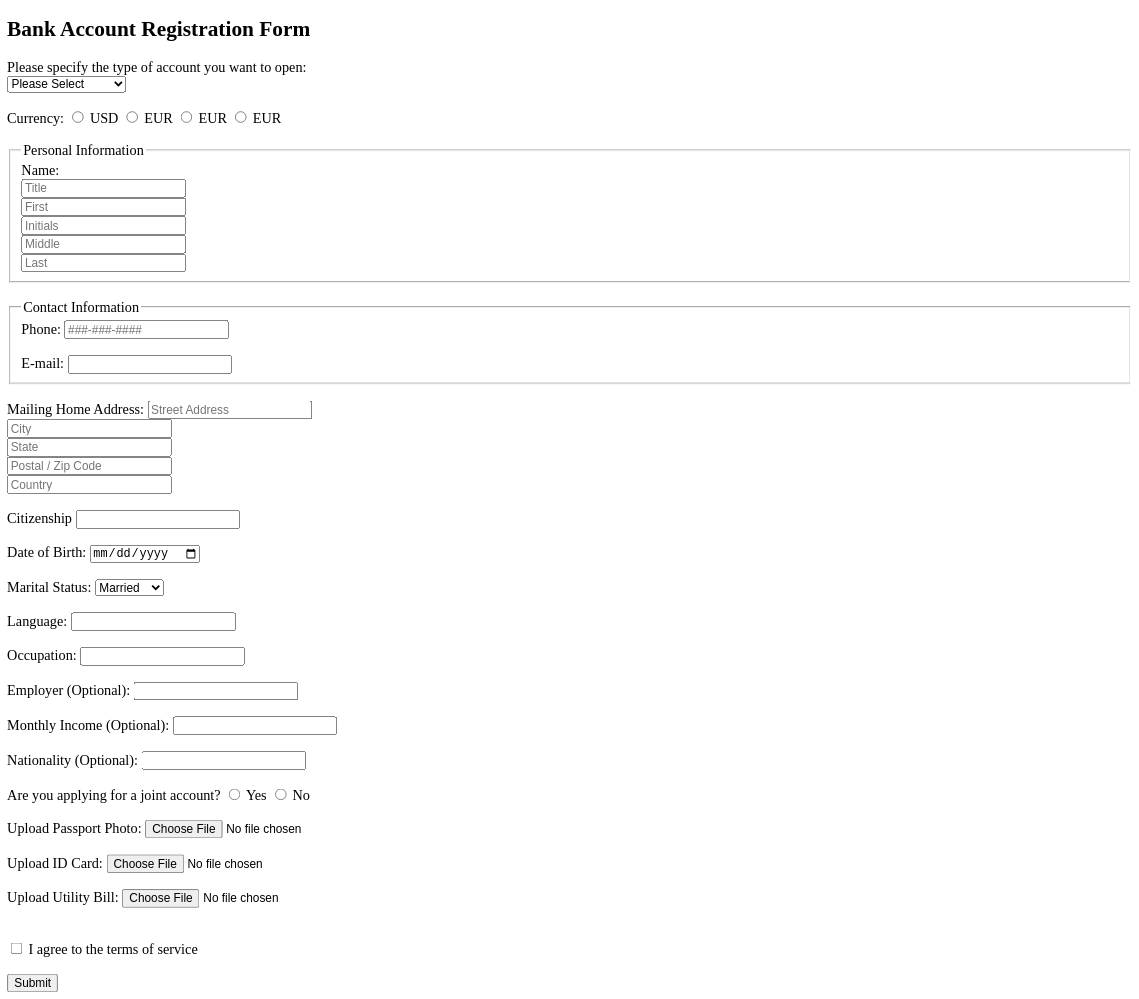
Repository: hizeetech/First-Assignment
Page: sign_up.html
These files come from the project's save history. The page is drawn as it stood at one moment and after a run of saves; the edit follows.
The browser window is 1280 px wide. The pictures show the whole page, at 89% of full size.

Above is the page before, as saved 2024-11-09 03:05:33.

### sign_up.html
<!-- sign_up.html -->
<!DOCTYPE html>
<html lang="en">
<head>
    <meta charset="UTF-8">
    <meta name="viewport" content="width=device-width, initial-scale=1.0">
    <title>Bank Account Registration Form</title>

</head>
<body>

<div>
    <h2>Bank Account Registration Form</h2>
    <form action="#" method="post">

        <div>
            <label for="account-type">Please specify the type of account you want to open:</label><br>
            <select id="account-type" name="account_type" required>
                <option value="">Please Select</option>
                <option value="savings">Savings Account</option>
                <option value="current">Current Account</option>
                <option value="corporate">Corporate Account</option>
            </select>
        </div>
        <br>
        <div>
            <label>Currency:</label>
            <label><input type="radio" name="currency" value="NGN" required> USD</label>
            <label><input type="radio" name="currency" value="USD"> EUR</label>
            <label><input type="radio" name="currency" value="EUR"> EUR</label>
            <label><input type="radio" name="currency" value="POUNDS"> EUR</label>
        </div>
        <br>
        <div>
            <fieldset>
                <legend>Personal Information</legend>
            <label for="title">Name:</label>
            <div class="inline"><input type="text" id="title" name="title" placeholder="Title"></div>
            <div class="inline"><input type="text" name="first_name" placeholder="First" required></div>
            <div class="inline"><input type="text" name="initials" placeholder="Initials"></div>
            <div class="inline"><input type="text" name="middle_name" placeholder="Middle"></div>
            <input type="text" name="last_name" placeholder="Last" required>
            </fieldset>
        </div>
        <br>
        <div>
            <fieldset>
                <legend>Contact Information</legend>
            <label for="phone">Phone:</label>
            <input type="tel" id="phone" name="phone" placeholder="###-###-####" required>
        <br><br>
            <label for="email">E-mail:</label>
            <input type="email" id="email" name="email" required>
        </fieldset>
        </div>
        <br>
        <div>
            <label for="address">Mailing Home Address:</label>
            <input type="text" id="address" name="address" placeholder="Street Address" required>
            <div class="inline"><input type="text" name="city" placeholder="City" required></div>
            <div class="inline"><input type="text" name="state" placeholder="State" required></div>
            <div class="inline"><input type="text" name="postal_code" placeholder="Postal / Zip Code" required></div>
            <input type="text" name="country" placeholder="Country" required>
        </div>
        <br>
        <div>
            <label for="citizenship">Citizenship</label>
            <input type="citizenship" id="citizenship" name="citizenship" required>
        </div>
        <br>
        <div>
            <label for="dob">Date of Birth:</label>
            <input type="date" id="dob" name="dob" required>
        </div>
        <br>
        <div>
            <label for="marital-status">Marital Status:</label>
            <select id="marital-status" name="marital_status" required>
                <option value="married">Married</option>
                <option value="single">Single</option>
                <option value="divorced">Divorced</option>
                <option value="widowed">Widowed</option>
            </select>
        </div>
        <br>
        <div>
            <label for="language">Language:</label>
            <input type="text" id="language" name="language" required>
        </div>
        <br>
        <div>
            <label for="occupation">Occupation:</label>
            <input type="text" id="occupation" name="occupation" required>
        </div>
        <br>
        <div>
            <label for="employer">Employer (Optional):</label>
            <input type="text" id="employer" name="employer">
        </div>
        <br>
        <div>
            <label for="income">Monthly Income (Optional):</label>
            <input type="text" id="income" name="monthly_income">
        </div>
        <br>
        <div>
            <label for="nationality">Nationality (Optional):</label>
            <input type="text" id="nationality" name="nationality">
        </div>
        <br>
        <div>
            <label>Are you applying for a joint account?</label>
            <label><input type="radio" name="joint_account" value="yes"> Yes</label>
            <label><input type="radio" name="joint_account" value="no"> No</label>
        </div>
        <br>
        <div>
            <label for="passportPhoto">Upload Passport Photo:</label>
            <input type="file" id="passportPhoto" name="passportPhoto" accept="image/*" required><br><br>

            <label for="idCard">Upload ID Card:</label>
            <input type="file" id="idCard" name="idCard" accept="image/*" required><br><br>

            <label for="utilityBill">Upload Utility Bill:</label>
            <input type="file" id="utilityBill" name="utilityBill" accept="image/*" required><br><br>
        </div>
        <br>
        <div>
            <input type="checkbox" id="terms" name="terms" required>
            <label for="terms">I agree to the terms of service</a></label>
        </div>
        <br>
        <button type="submit" class="submit-btn">Submit</button>
    </form>
</div>

</body>
</html>

After the next 4 saves:
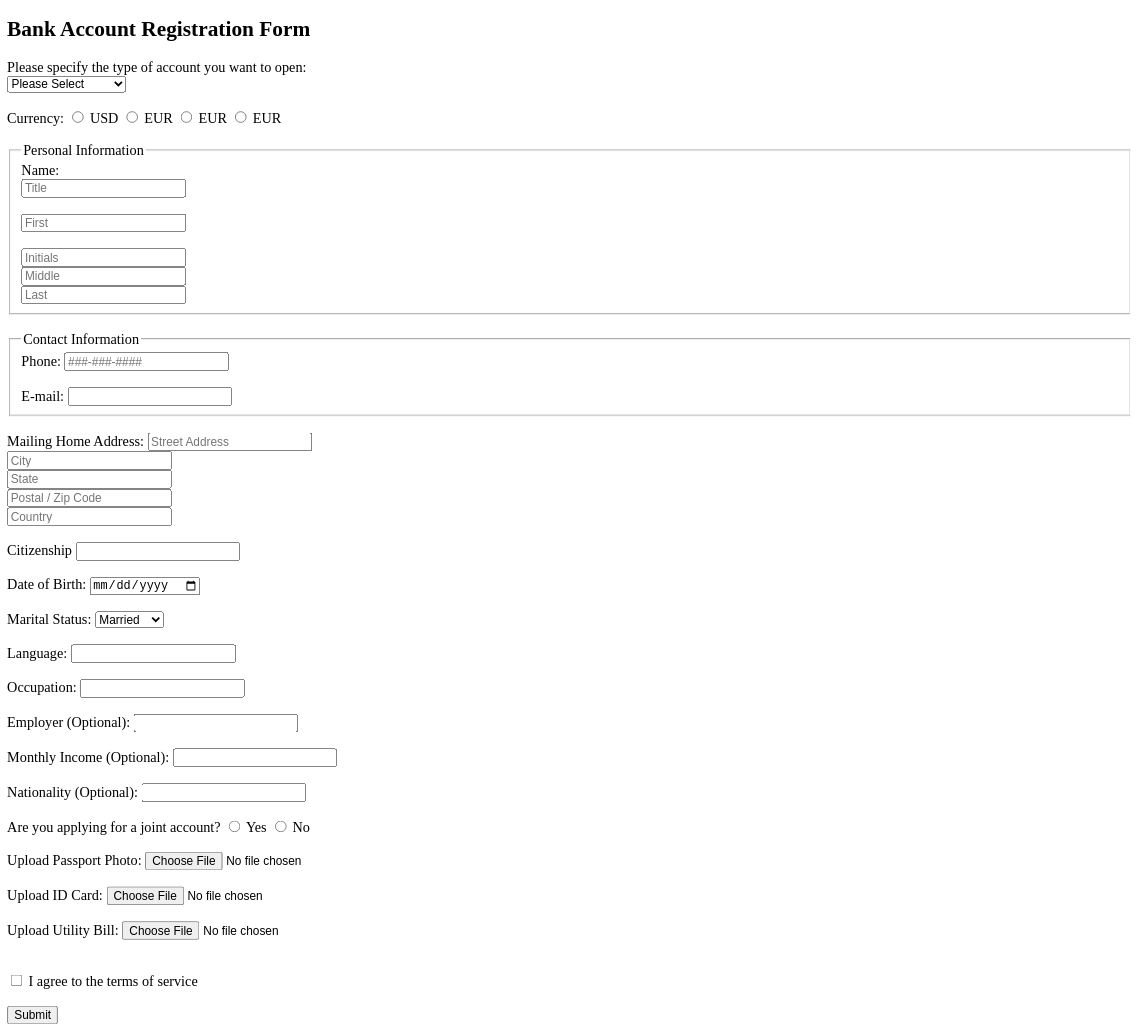
The 4 saves are shown as one change because they came seconds apart.
The last was saved 24 s later.
--- a/sign_up.html
+++ b/sign_up.html
@@ -35,8 +35,8 @@
             <fieldset>
                 <legend>Personal Information</legend>
             <label for="title">Name:</label>
-            <div class="inline"><input type="text" id="title" name="title" placeholder="Title"></div>
-            <div class="inline"><input type="text" name="first_name" placeholder="First" required></div>
+            <div class="inline"><input type="text" id="title" name="title" placeholder="Title"></div><br>
+            <div class="inline"><input type="text" name="first_name" placeholder="First" required></div><br>
             <div class="inline"><input type="text" name="initials" placeholder="Initials"></div>
             <div class="inline"><input type="text" name="middle_name" placeholder="Middle"></div>
             <input type="text" name="last_name" placeholder="Last" required>
